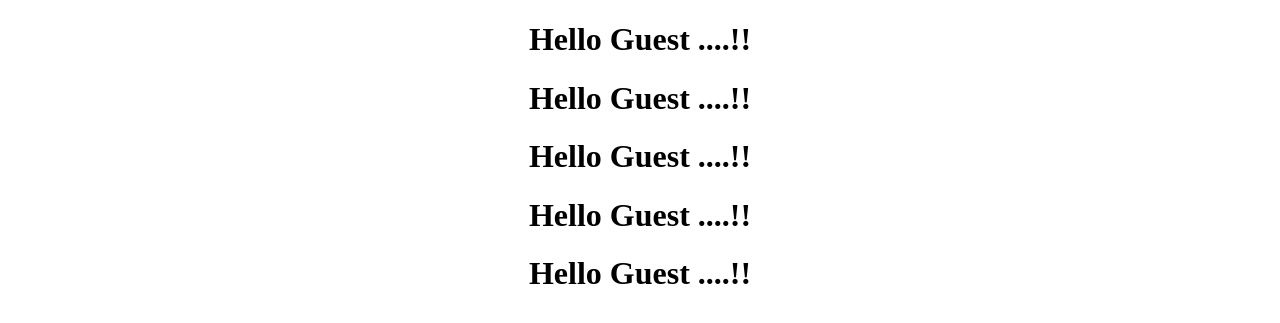
Repository: shadkhan8815/Advance-java
Page: http://localhost/Web-Project/MySecondPage.jsp
An editor plug-in stored every save of this project. The page is shown before and after the next save, followed by the edit.
The browser window is 1280 px wide. The pictures show the whole page.
The page is served by Tomcat 9. Other server files are loaded and not shown.

Above is the page before, as saved 2025-04-23 10:05:29.

### Web-Project/WebContent/MySecondPage.jsp
<%@ page language="java" contentType="text/html; charset=ISO-8859-1"
	pageEncoding="ISO-8859-1"%>
<!DOCTYPE html>
<html>
<head>
<meta charset="ISO-8859-1">
<title>Insert title here</title>
</head>
<body>
	<div align="center">
		<%
			for (int i = 1; i <= 5; i++) {
		%>
		<h1>Hello Guest ....!!</h1>
		<%
			}
		%>
	</div>
</body>
</html>

After the next save:
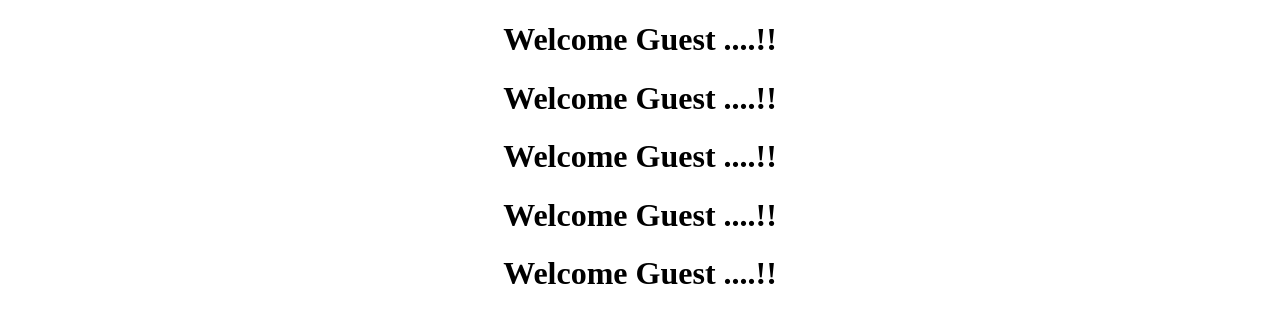
Saved 4 h 20 min later.
--- a/Web-Project/WebContent/MySecondPage.jsp
+++ b/Web-Project/WebContent/MySecondPage.jsp
@@ -11,7 +11,7 @@
 		<%
 			for (int i = 1; i <= 5; i++) {
 		%>
-		<h1>Hello Guest ....!!</h1>
+		<h1 <%=i%>>Welcome Guest ....!!</h1>
 		<%
 			}
 		%>
